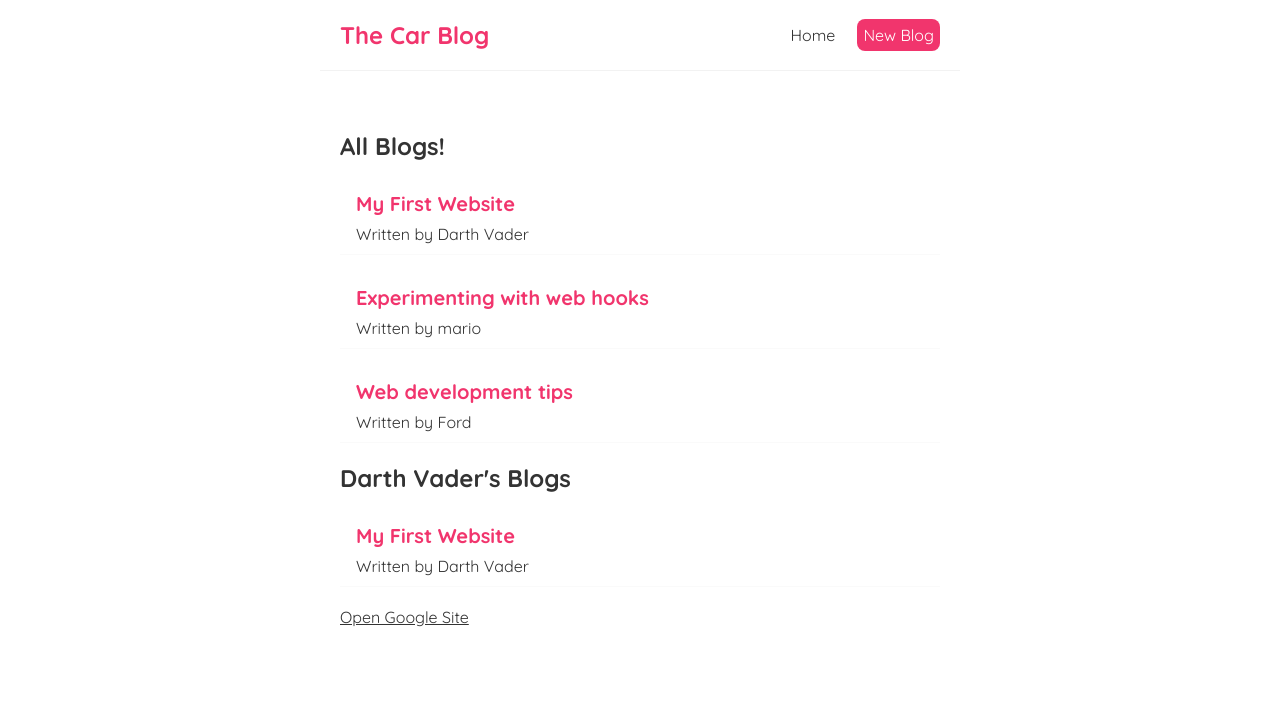
Repository: anuragkej/blogster
Page: /
An editor plug-in stored every save of this project. The page is shown before and after the next save, followed by the edit.
The browser window is 1280 px wide. The pictures show the whole page.
The project was rebuilt for these pictures with package versions that can differ from the ones it lists, and the page was loaded fresh each time.

Above is the page before, as saved 2024-08-29 17:55:39.

### src/index.css
@import url("https://fonts.googleapis.com/css2?family=Quicksand:wght@300;400;500;600;700&display=swap");

* {
  margin: 0;
  font-family: "Quicksand";
  color: #333;
}
.navbar {
  padding: 20px;
  display: flex;
  align-items: center;
  max-width: 600px;
  margin: 0 auto;
  border-bottom: 1px solid #f2f2f2;
}
.navbar h1 {
  color: #f1356d;
}
.navbar .links {
  margin-left: auto;
}
.navbar a {
  margin-left: 16px;
  text-decoration: none;
  padding: 6px;
}
.navbar a:hover {
  color: #f1356d;
}
.content {
  max-width: 600px;
  margin: 40px auto;
  padding: 20px;
}
/* blog previews / list */
.blog-preview {
  padding: 10px 16px;
  margin: 20px 0;
  border-bottom: 1px solid #fafafa;
}
.blog-preview:hover {
  box-shadow: 1px 3px 5px rgba(0, 0, 0, 0.1);
}
.blog-preview h2 {
  font-size: 20px;
  color: #f1356d;
  margin-bottom: 8px;
}

### src/App.js
import Navbar from "./Navbar";
import Home from "./Home";

function App() {
  const title = "Welcome to Blogster";
  const likes = 50;
  const link = "http://www.google.com";

  // react converts everything to string before outputting to browser, so don't need to worry about typecasting

  return (
    <div className="App">
      <Navbar></Navbar>
      <div className="content">
        <Home />

        <a href={link}>Open Google Site</a>
      </div>
    </div>
  );
}

export default App;

### src/Navbar.js
const Navbar = () => {
  return (
    <nav className="navbar">
      <h1>The Car Blog</h1>
      <div className="links">
        <a href="/">Home</a>
        <a
          href="/create"
          style={{
            color: "white",
            backgroundColor: "#f1356d",
            borderRadius: "8px",
          }}
        >
          New Blog
        </a>
      </div>
    </nav>
  );
};

export default Navbar;

### src/Home.js
import { useState } from "react";
import BlogList from "./BlogList";

const Home = () => {
  const [blogs, setBlogs] = useState([
    {
      title: "My First Website",
      body: "Developing website with react.",
      author: "Darth Vader",
      id: 1,
    },
    {
      title: "Experimenting with web hooks",
      body: "sample text",
      author: "mario",
      id: 2,
    },
    {
      title: "Web development tips",
      body: "Porsche 911 v. Lamborghini Huracan",
      author: "Ford",
      id: 3,
    },
  ]);

  return (
    <div className="home">
      {/* blos={blogs} is a prop */}
      <BlogList blogs={blogs} title="All Blogs!" />
      <BlogList
        blogs={blogs.filter((blog) => blog.author === "Darth Vader")}
        title="Darth Vader's Blogs"
      />
    </div>
  );
};

export default Home;

### src/BlogList.js
const BlogList = (props) => {
  const blogs = props.blogs;
  const title = props.title;

  return (
    <div className="blog-list">
      <h2>{title}</h2>
      {blogs.map((blog) => (
        <div className="blog-preview" key={blog.id}>
          <h2>{blog.title}</h2>
          <p>Written by {blog.author}</p>
        </div>
      ))}
    </div>
  );
};

export default BlogList;

Loaded but not shown: public/index.html (common file); src/index.js (common file)

After the next save:
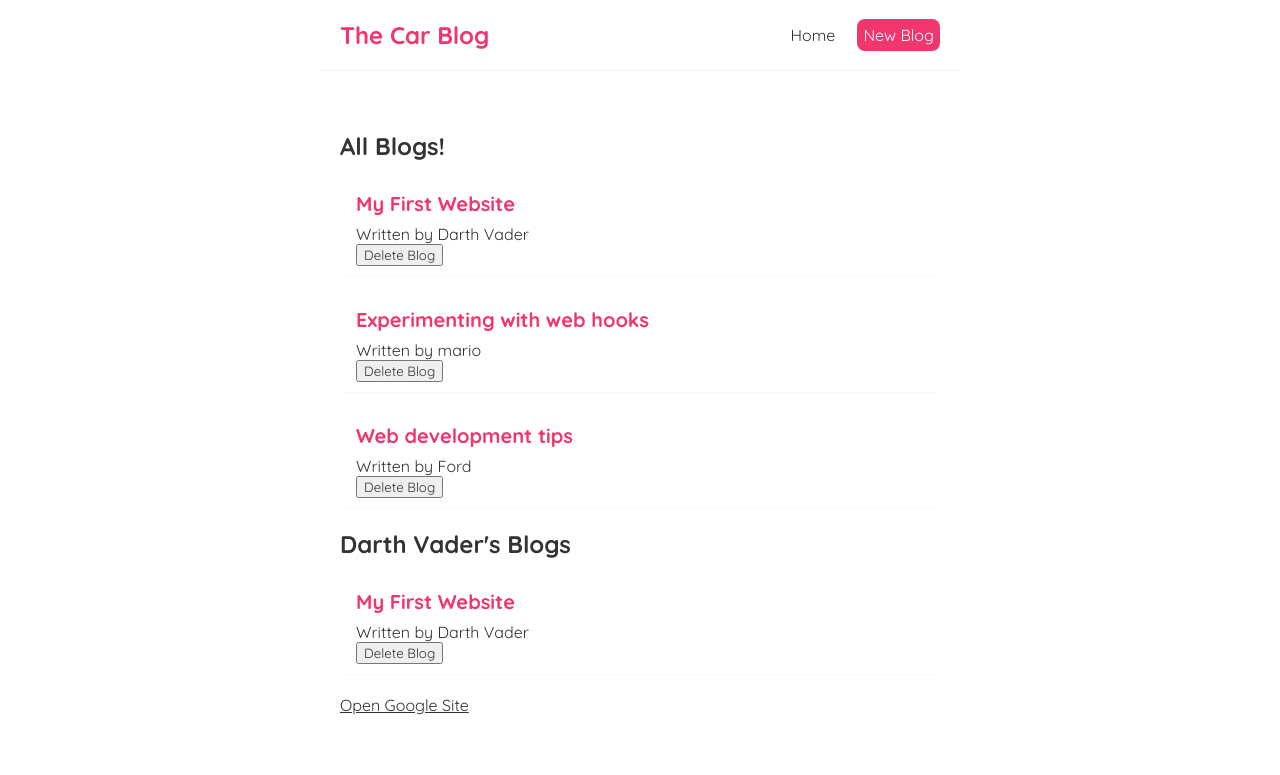
Saved 3 min 18 s later.
--- a/src/BlogList.js
+++ b/src/BlogList.js
@@ -1,6 +1,7 @@
 const BlogList = (props) => {
   const blogs = props.blogs;
   const title = props.title;
+  const handleDelete = props.handleDelete;
 
   return (
     <div className="blog-list">
@@ -9,6 +10,7 @@ const BlogList = (props) => {
         <div className="blog-preview" key={blog.id}>
           <h2>{blog.title}</h2>
           <p>Written by {blog.author}</p>
+          <button onClick={() => handleDelete(blog.id)}>Delete Blog</button>
         </div>
       ))}
     </div>
